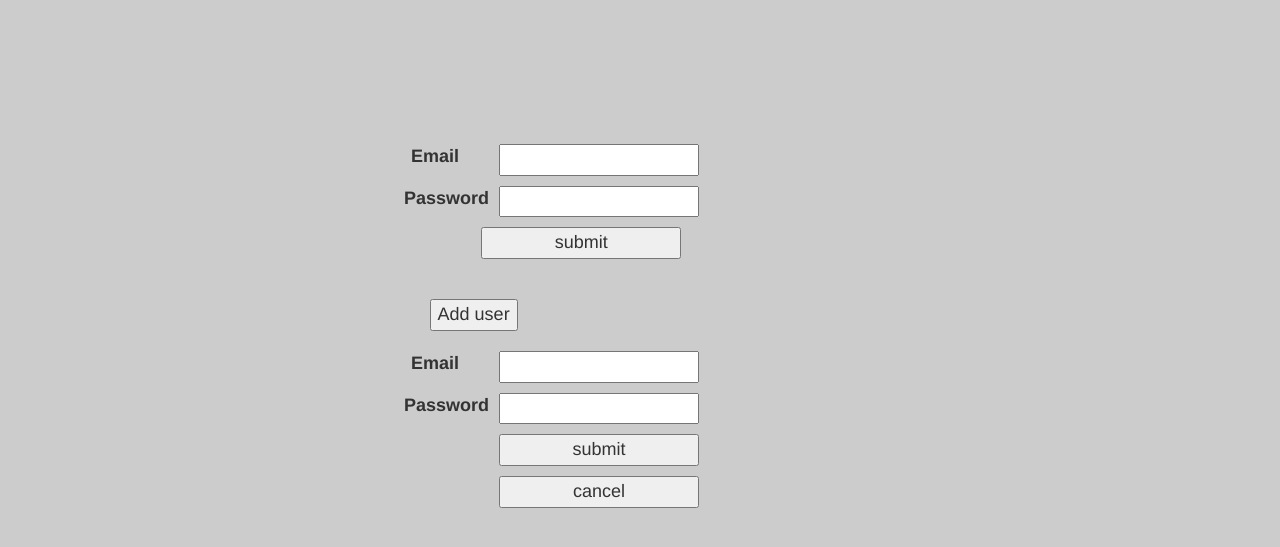
Repository: marijabroceta/ProjekatIB
Page: IB_Project_Shell/src/main/resources/static/index.html
These files come from the project's save history. The page is drawn as it stood at one moment and after the next save; the edit follows.
The browser window is 1280 px wide. The pictures show the whole page.

Above is the page before, as saved 2018-07-01 09:37:27.

After the next save:
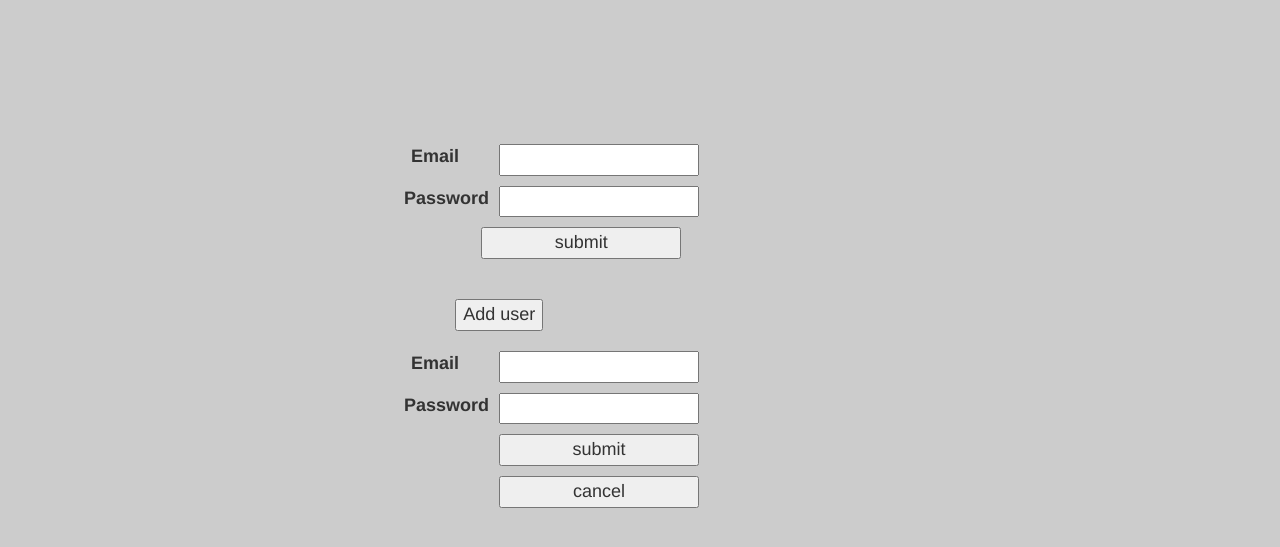
Saved 9 s later.
--- a/IB_Project_Shell/src/main/resources/static/css/login.css
+++ b/IB_Project_Shell/src/main/resources/static/css/login.css
@@ -49,5 +49,5 @@ br {
 #add_user{
 	margin-top: 30px;
 	margin-bottom:20px;
-	margin-right: 65%;
+	margin-right: 55%;
 }
